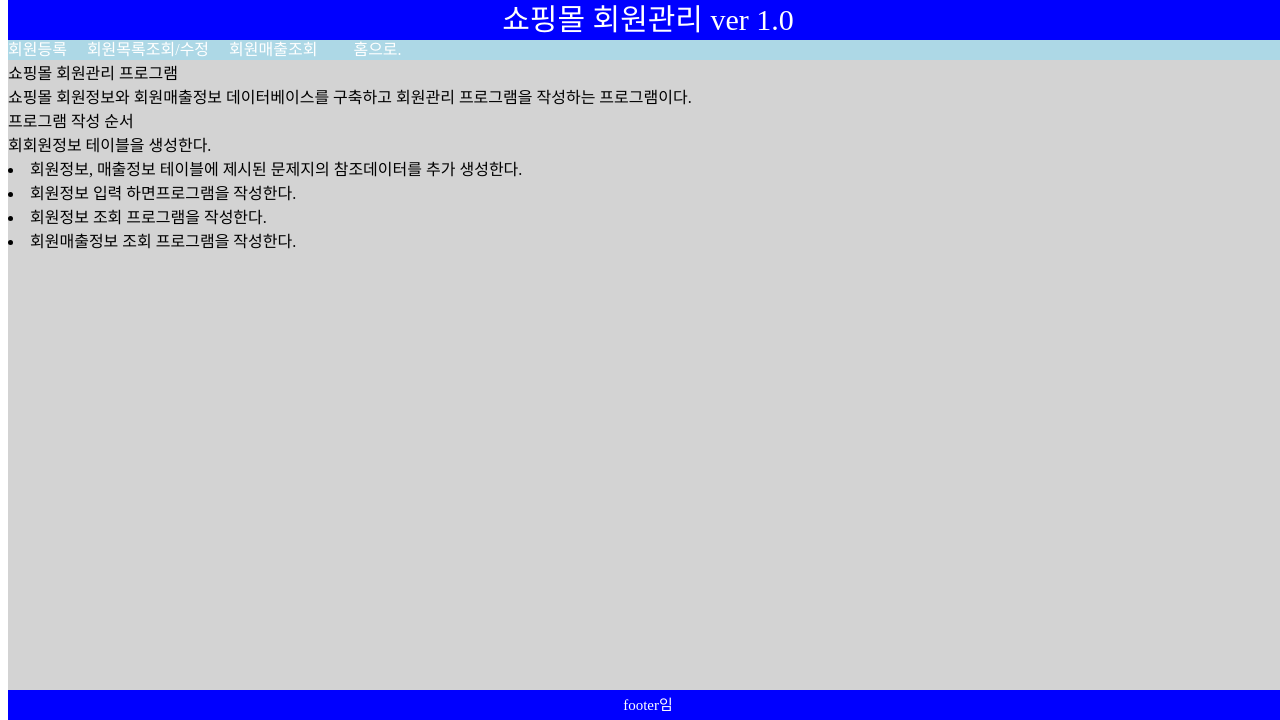
Repository: leesuyeon116/HRD_1
Page: http://localhost/HRD_0416/
The author's editor kept a copy of each file at every save. The page is drawn from the files as they stood at one save, then again after the next save.
The browser window is 1280 px wide. The pictures show the whole page.
The page is served by Tomcat 9. Other server files are loaded and not shown.

Above is the page before, as saved 2024-04-16 23:40:30.

### HRD_0416/src/main/webapp/index.jsp
<%@ page language="java" contentType="text/html; charset=UTF-8"
    pageEncoding="UTF-8"%>
<!DOCTYPE html>
<html>
<head>
<meta charset="UTF-8">
<title>index</title>
</head>
<body>
<header style="position: fixed; top: 0px; width: 100%; height: 40px; background-color: blue; color: white;
	text-align: center; line-height: 40px; font-size: 30px"> 쇼핑몰 회원관리 ver 1.0 </header>

<nav style="position: fixed; top: 40px; width: 100%; height: 20px; background-color: lightblue; color: white; line-height: 20px;">
	회원등록 &nbsp; &nbsp; 회원목록조회/수정 &nbsp; &nbsp; 회원매출조회 &nbsp; &nbsp; &nbsp; &nbsp; 홈으로.</nav>

<section style="position: fixed; top: 60px; width: 100%; height: 100%; background-color: lightgray">
	쇼핑몰 회원관리 프로그램<br>
	쇼핑몰 회원정보와 회원매출정보 데이터베이스를 구축하고 회원관리 프로그램을 작성하는 프로그램이다.<br>
	프로그램 작성 순서<br>
	 회회원정보 테이블을 생성한다.</li>
	<li>회원정보, 매출정보 테이블에 제시된 문제지의 참조데이터를 추가 생성한다.</li>
	<li>회원정보 입력 하면프로그램을 작성한다.</li>
	<li>회원정보 조회 프로그램을 작성한다.</li>
	<li>회원매출정보 조회 프로그램을 작성한다.</li></section>


<footer style="position: fixed; bottom: 0px; width: 100%; height: 30px; background-color: blue; color: white;
	text-align: center; line-height: 30px; font-size: 15px;">footer임</footer>
</body>
</html>

After the next save:
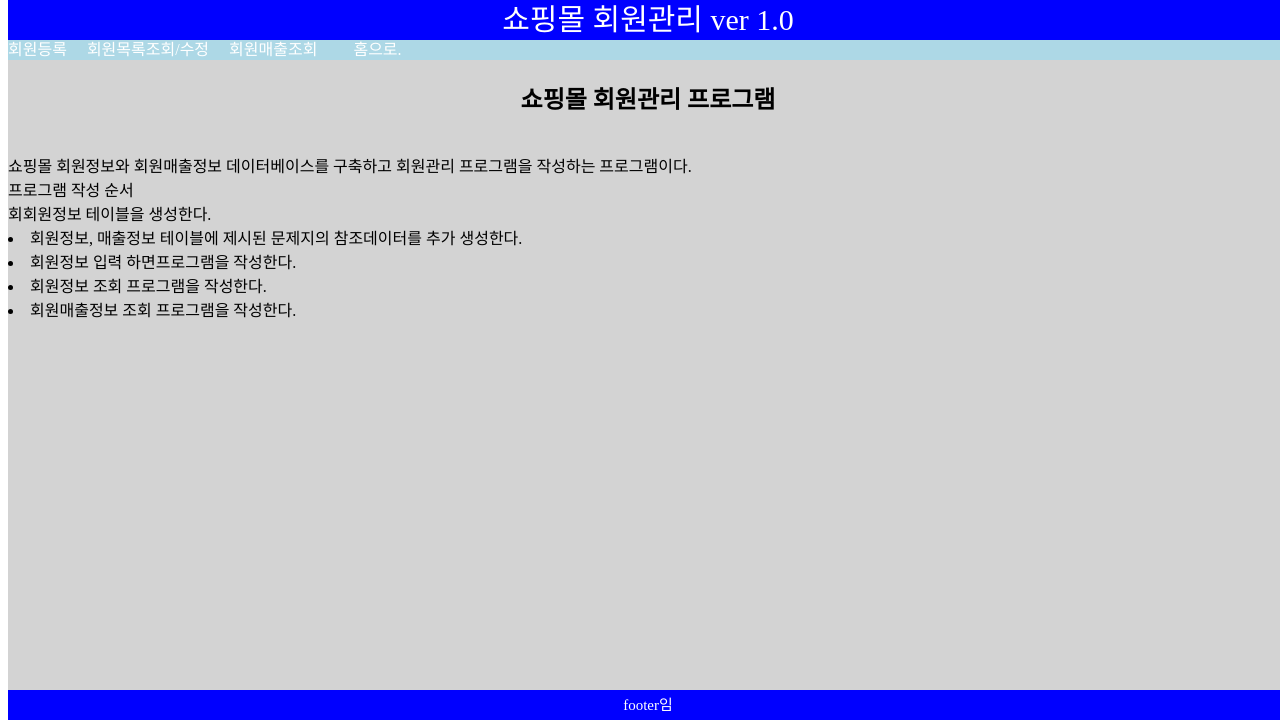
Saved 2 min 37 s later.
--- a/HRD_0416/src/main/webapp/index.jsp
+++ b/HRD_0416/src/main/webapp/index.jsp
@@ -14,14 +14,15 @@
 	회원등록 &nbsp; &nbsp; 회원목록조회/수정 &nbsp; &nbsp; 회원매출조회 &nbsp; &nbsp; &nbsp; &nbsp; 홈으로.</nav>
 
 <section style="position: fixed; top: 60px; width: 100%; height: 100%; background-color: lightgray">
-	쇼핑몰 회원관리 프로그램<br>
+	<h2 style="text-align: center;"><b>쇼핑몰 회원관리 프로그램</b></h2><br>
 	쇼핑몰 회원정보와 회원매출정보 데이터베이스를 구축하고 회원관리 프로그램을 작성하는 프로그램이다.<br>
 	프로그램 작성 순서<br>
 	 회회원정보 테이블을 생성한다.</li>
 	<li>회원정보, 매출정보 테이블에 제시된 문제지의 참조데이터를 추가 생성한다.</li>
 	<li>회원정보 입력 하면프로그램을 작성한다.</li>
 	<li>회원정보 조회 프로그램을 작성한다.</li>
-	<li>회원매출정보 조회 프로그램을 작성한다.</li></section>
+	<li>회원매출정보 조회 프로그램을 작성한다.</li>
+</section>
 
 
 <footer style="position: fixed; bottom: 0px; width: 100%; height: 30px; background-color: blue; color: white;
